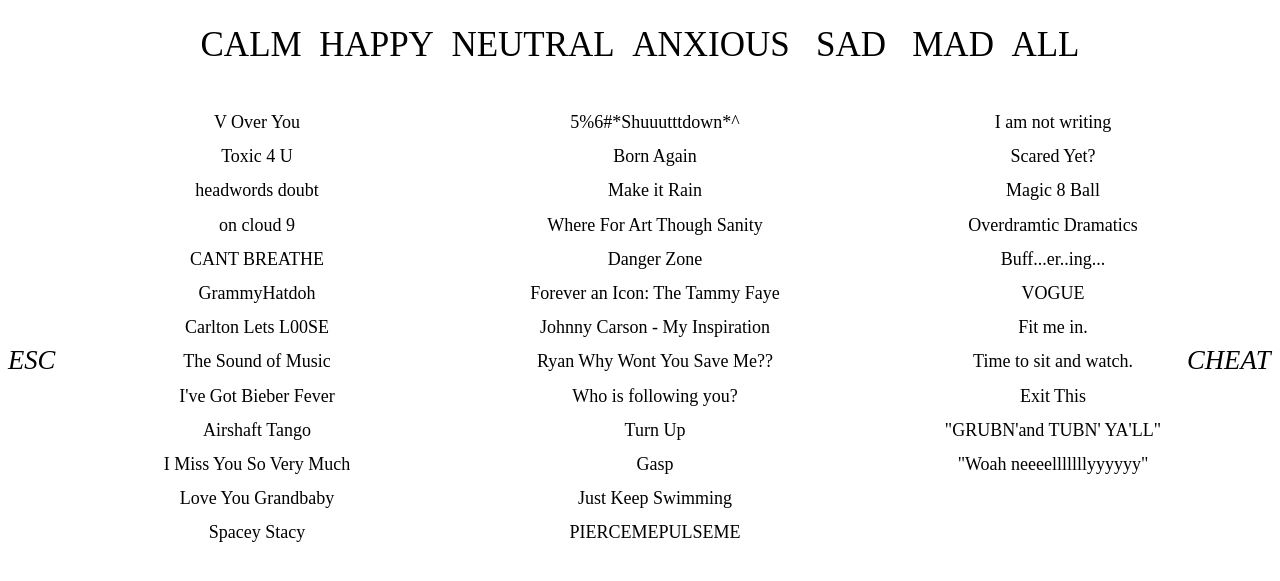
Repository: bradk647/bradk647.github.io
Page: cheat/madcheat.html
The author's editor kept a record of every edit. The page is drawn from the files as they stood at one moment, then again after the next edit.
The browser window is 1280 px wide. The pictures show the whole page.

Above is the page before.

After the next edit:
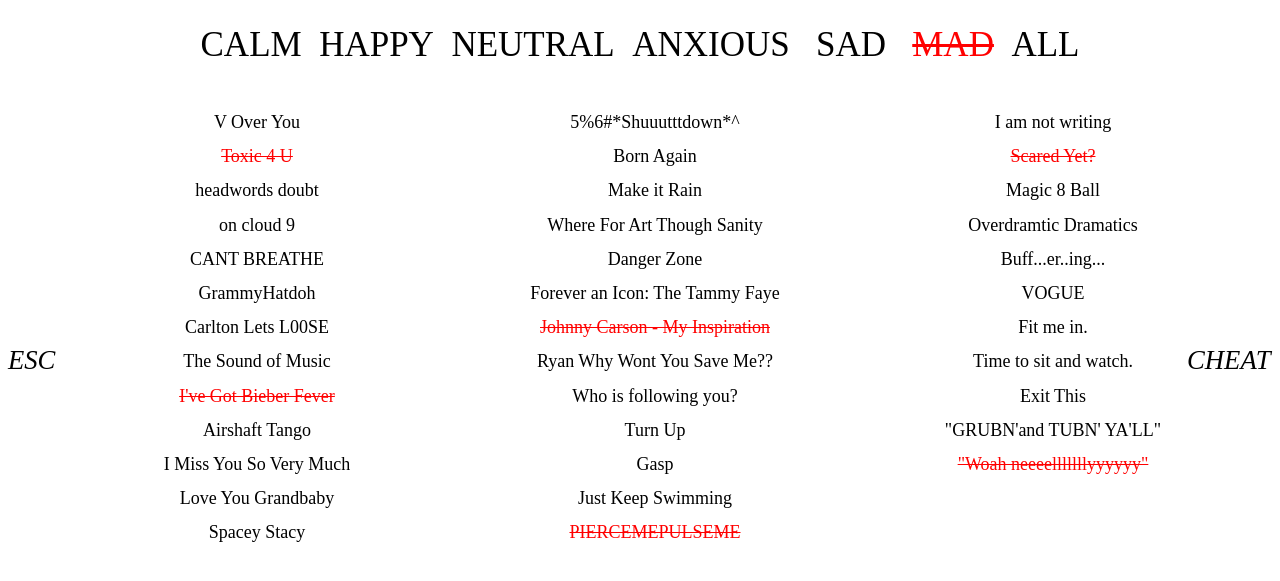
The edit:
--- a/cheat/madcheat.css
+++ b/cheat/madcheat.css
@@ -63,7 +63,7 @@
 
 
 
-            #red:hover {
+            #red {
                 color: red;
                 text-decoration: line-through;
             }
